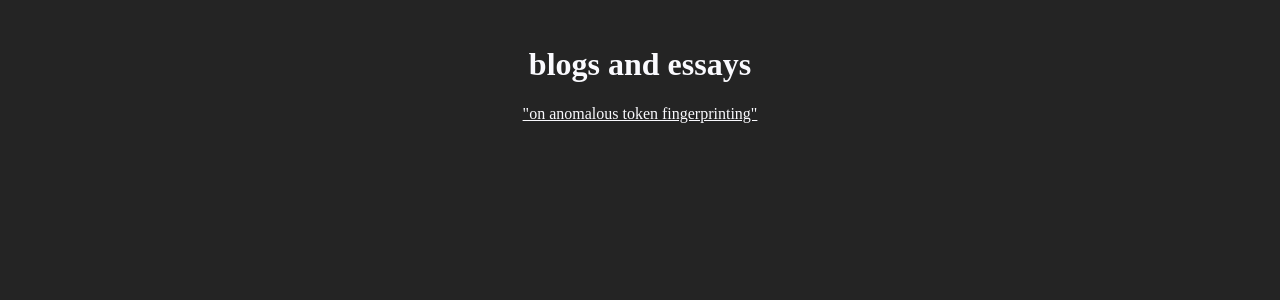
Repository: yellowspots/geneweb
Page: blogsandessays.html
These files come from the project's save history. The page is drawn as it stood at one moment and after the next save; the edit follows.
The browser window is 1280 px wide. The pictures show the whole page.

Above is the page before, as saved 2024-05-03 00:01:34.

### blogsandessays.html
<!DOCTYPE html>
<html>
<head>
    <title>blogs and essays</title>
    <link rel="stylesheet" href="styles.css">
</head>
<body>
    <h1>blogs and essays</h1>
        <a href="https://medium.com/@yerbymatey/on-anomalous-token-fingerprinting-the-gpt-4-5-hypetrain-and-reading-between-the-lines-26c5d2c9e88b">"on anomalous token fingerprinting"</a>

</body>
<footer>

    </button>
</footer>
</html>

### styles.css
body {
    background: rgb(36, 36, 36);
    text-align: center;
    margin: 0;
    padding: 25px;
}

#worldmap {
    margin: 20px;
}

#worldmap svg {
    background: rgba(68, 71, 72, 0.4);
    border-radius: 200px;
    box-shadow: 0 0 10px rgba(0, 0, 0, 0.4);
}

.land {
    fill: rgba(143, 142, 142, 0.94);
}

#globesarecool {
    color: #855982;
}

h1, h2, a, p {
    color: rgb(250, 250, 254);
}

.my-button {
    width: auto;
    cursor: finger;
    max-width: 160px;
    padding: 10px;
    box-sizing: border-box;
    white-space: nowrap;
    overflow: hidden;
    text-overflow: ellipsis;
}

.home-button {
    width: auto;
    cursor: finger;
    max-width: 160px;
    padding: 10px;
    box-sizing: border-box;
    white-space: nowrap;
    overflow: hidden;
    text-overflow: ellipsis;
}


@media only screen and (max-width: 600px) {
    .my-button {
        flex-direction: row !important;
        flex-wrap: wrap;
        justify-content: center;
    }
}


@media only screen and (max-width: 600px) {
    h2, #globesarecool {
        font-size: 4vw; /* Reduce font size on smaller screens */
    }
}

After the next save:
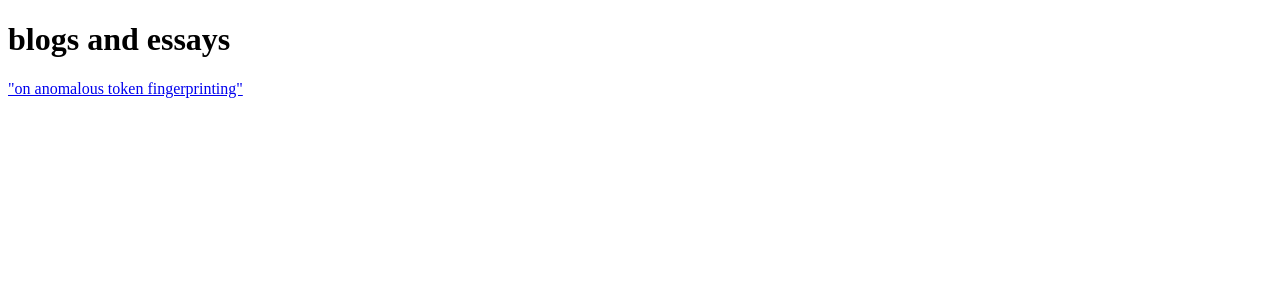
Saved 2 min 14 s later.
--- a/blogsandessays.html
+++ b/blogsandessays.html
@@ -2,7 +2,7 @@
 <html>
 <head>
     <title>blogs and essays</title>
-    <link rel="stylesheet" href="styles.css">
+    <link rel="stylesheet" type=href="styles.css">
 </head>
 <body>
     <h1>blogs and essays</h1>

After the save that followed:
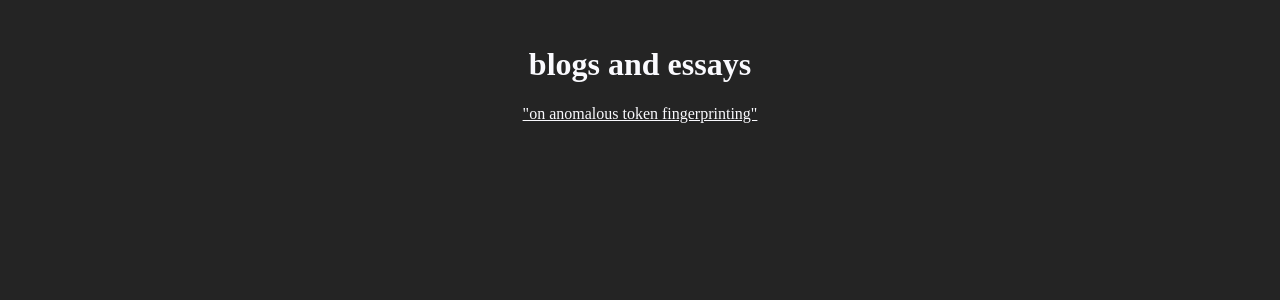
Saved 4 s later.
--- a/blogsandessays.html
+++ b/blogsandessays.html
@@ -2,7 +2,7 @@
 <html>
 <head>
     <title>blogs and essays</title>
-    <link rel="stylesheet" type=href="styles.css">
+    <link rel="stylesheet" type="text/css" href="styles.css">
 </head>
 <body>
     <h1>blogs and essays</h1>
